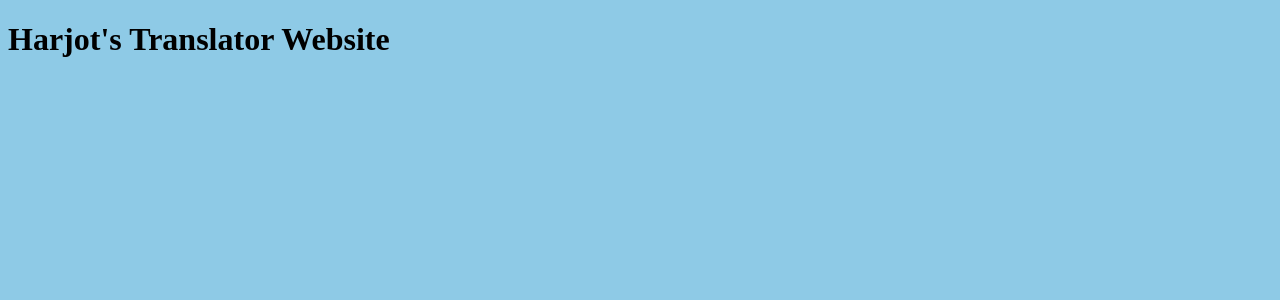
Repository: Harjot00/Pythonpractice
Page: Translator/homepage.html
An editor plug-in stored every save of this project. The page is shown before and after the next save, followed by the edit.
The browser window is 1280 px wide. The pictures show the whole page.

Above is the page before, as saved 2022-03-06 17:58:25.

After the next save:
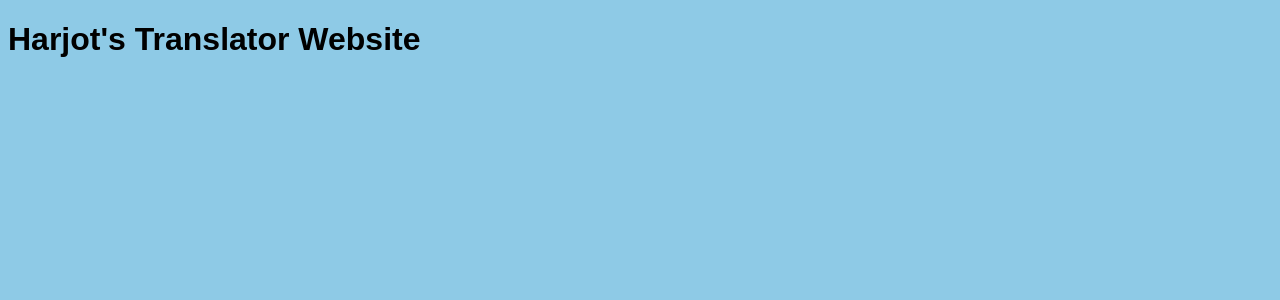
Saved 2 min 48 s later.
--- a/Translator/homepage.html
+++ b/Translator/homepage.html
@@ -8,6 +8,6 @@
     <link rel="stylesheet" href="styles.css">
 </head>
 <body>
-    <h1 style = "font-family:Mrs Sheppards">Harjot's Translator Website</h1>
+    <h1 style = "font-family: 'Mrs Sheppards', sans-serif;">Harjot's Translator Website</h1>
 </body>
 </html>
